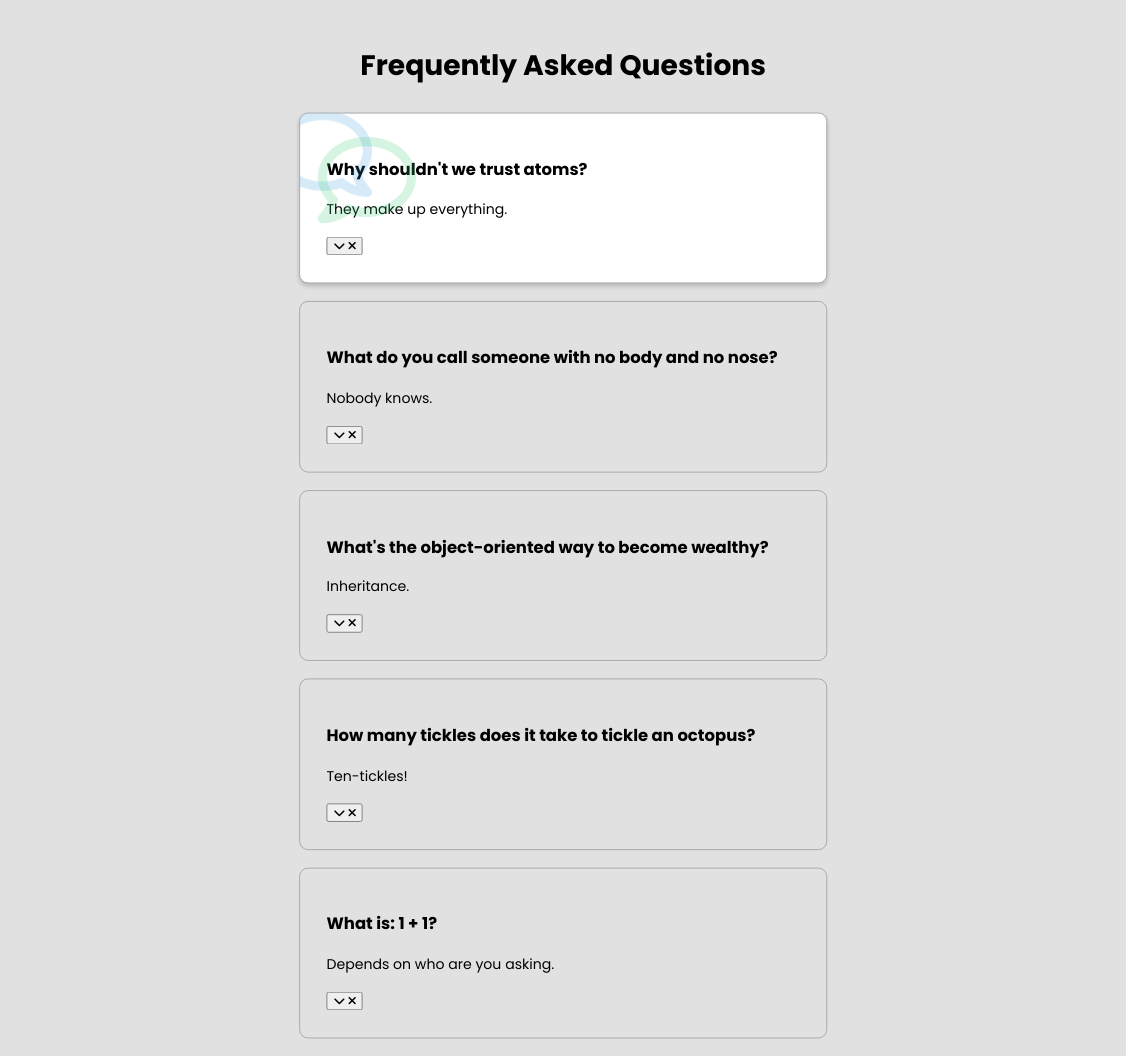
Repository: huynhvanngoan/50projectsin50days
Page: Day12/index.html
The author's editor kept a copy of each file at every save. The page is drawn from the files as they stood at one save, then again after a run of saves.
The browser window is 1280 px wide. The pictures show the whole page, at 88% of full size.

Above is the page before, as saved 2022-11-14 23:15:41.

After the next 2 saves:
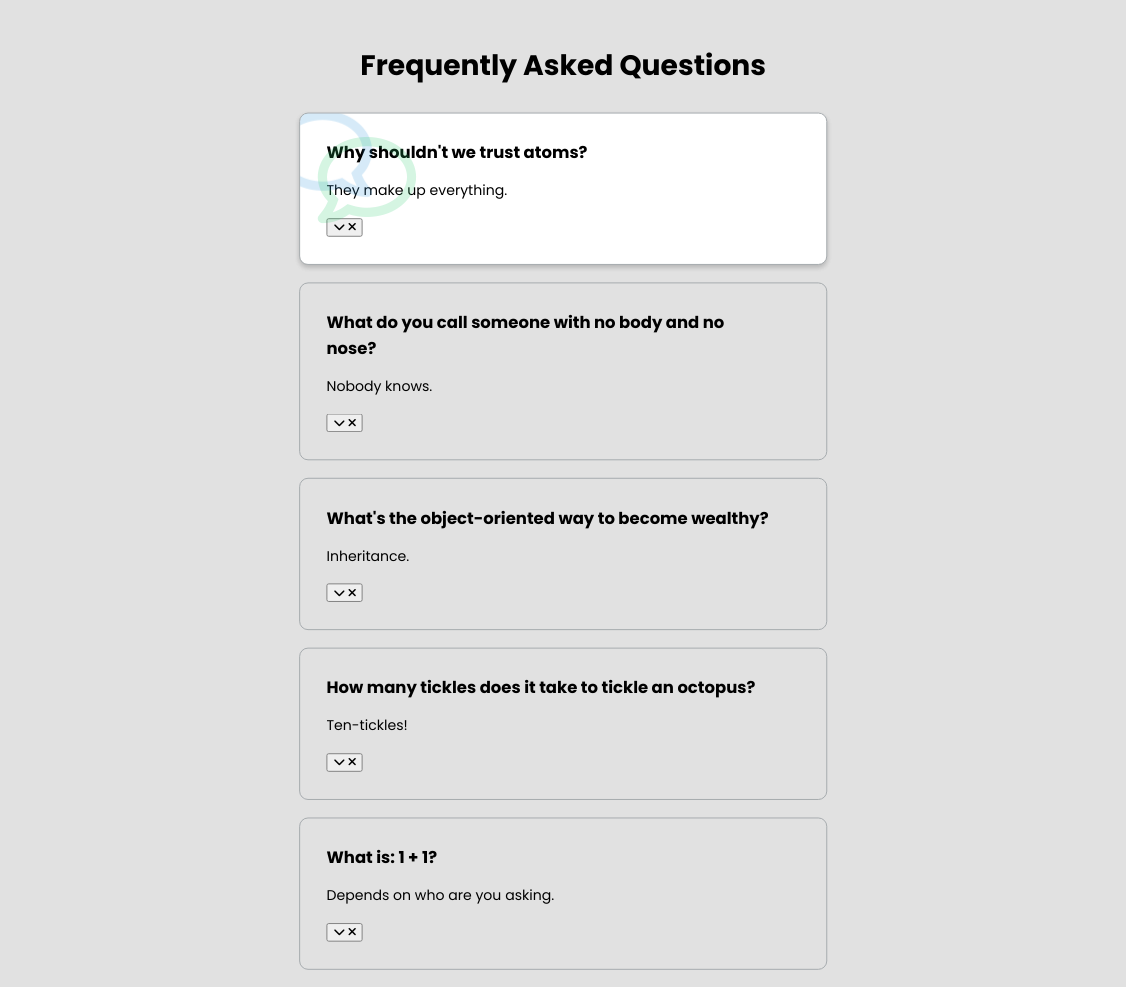
The 2 saves are shown as one change because they came seconds apart.
The last was saved 6 s later.
--- a/Day12/style.css
+++ b/Day12/style.css
@@ -50,5 +50,5 @@ h1{
     transform: rotateY(180deg);
 }
 .faq-title {
-    ma
+    margin: 0 35px 0 0;
 }
